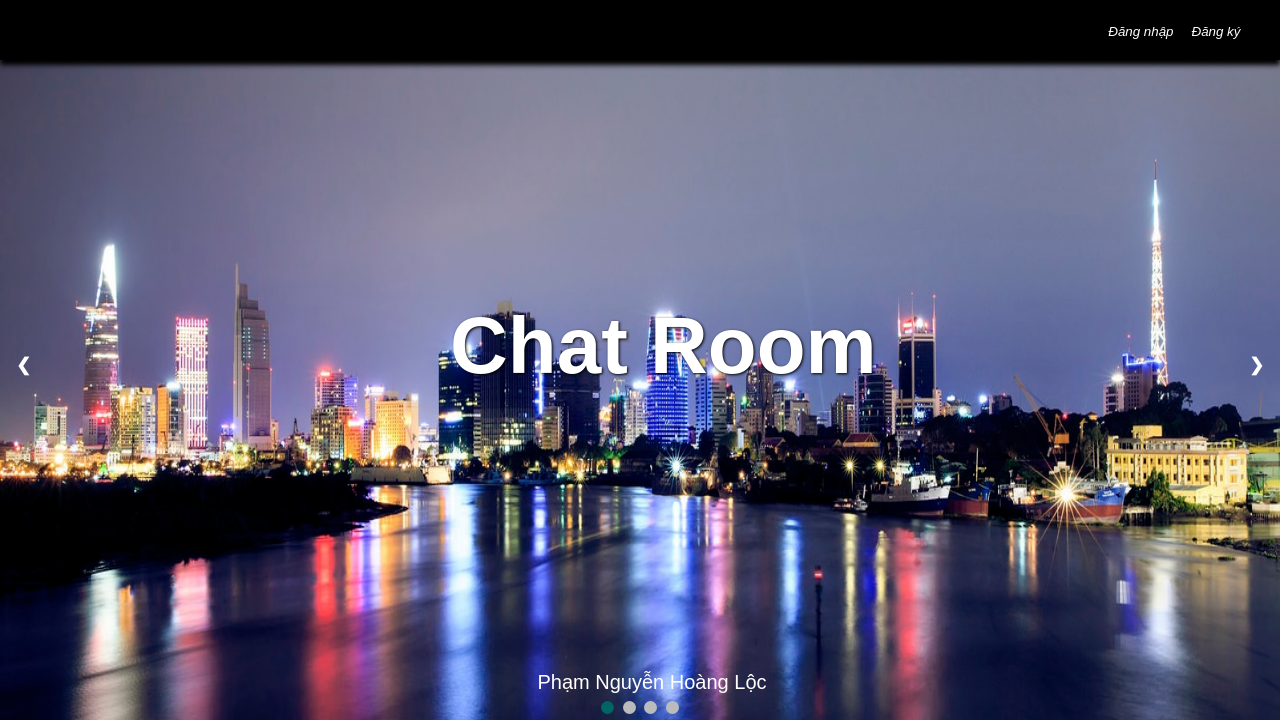
Repository: viplocpro/jsp
Page: ChatServlet/WebContent/index.html
The author's editor kept a copy of each file at every save. The page is drawn from the files as they stood at one save, then again after the next save.
The browser window is 1280 px wide. The pictures show the whole page.

Above is the page before, as saved 2016-10-13 03:15:28.

After the next save:
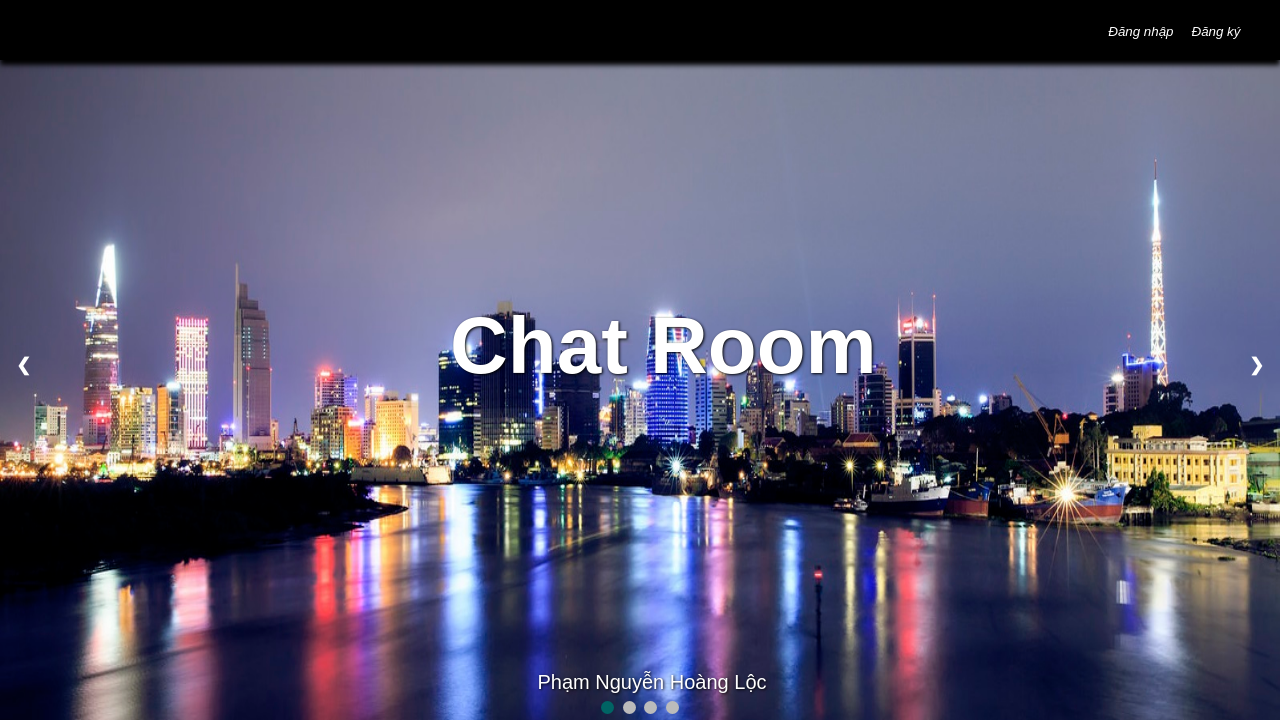
Saved 17 s later.
--- a/ChatServlet/WebContent/index.html
+++ b/ChatServlet/WebContent/index.html
@@ -22,22 +22,22 @@
 <div id="content" class="slideshow-container" >
 	  	<div class="mySlides fade" style="background-image:url(image/i1.jpg);width:100%; height: 100%; background-size:100% 100%;">
 	    	<div class="numbertext">1 / 4</div>
-	    	<div class="text">Phạm Nguyễn Hoàng Lộc</div>
+	    	<div class="text member">Phạm Nguyễn Hoàng Lộc</div>
 	  	</div>
 
 	  	<div class="mySlides fade" style="background-image:url(image/i2.jpg);width:100%; height: 100%; background-size:100% 100%;">
 	    	<div class="numbertext">2 / 4</div>
-	    	<div class="text">Hồ Thanh Bình</div>
+	    	<div class="text member">Hồ Thanh Bình</div>
 	  	</div>
 
 	  	<div class="mySlides fade" style="background-image:url(image/i5.jpg);width:100%; height: 100%; background-size:100% 100%;">
 	    	<div class="numbertext">3 / 4</div>
-	    	<div class="text">Nguyễn Văn Duy</div>
+	    	<div class="text member">Nguyễn Văn Duy</div>
 	  	</div>
 
 	  	<div class="mySlides fade" style="background-image:url(image/i4.jpg);width:100%; height: 100%; background-size:100% 100%;">
 	    	<div class="numbertext">4 / 4</div>
-	    	<div class="text">Hà Đại Dương</div>
+	    	<div class="text member">Hà Đại Dương</div>
 	  	</div>
 
 	  	<a class="prev" onclick="plusSlides(-1)">&#10094;</a>
